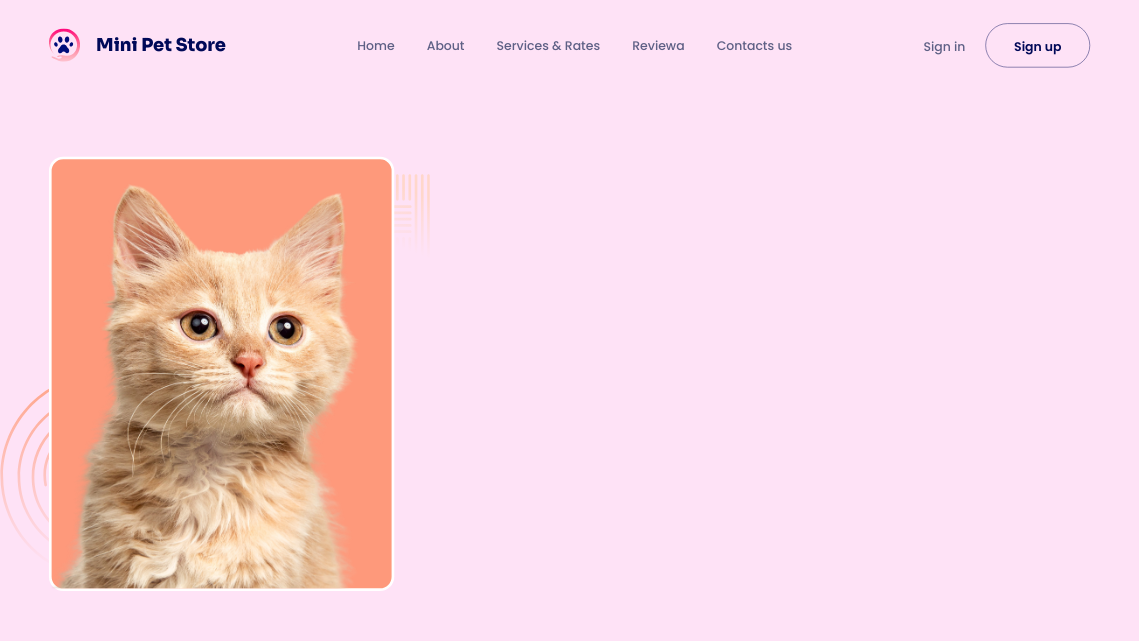
Repository: Tran-Dat/ASM-HTML5-F8-04
Page: index.html
An editor plug-in stored every save of this project. The page is shown before and after the next save, followed by the edit.
The browser window is 1280 px wide. The pictures show the whole page, at 89% of full size.

Above is the page before, as saved 2023-06-12 16:03:12.

### index.html
<!DOCTYPE html>
<html lang="en">
    <head>
        <meta charset="UTF-8" />
        <meta name="viewport" content="width=device-width, initial-scale=1.0" />
        <title>PS27621-TranTanDat-ASM</title>

        <!-- favicon -->
        <link
            rel="apple-touch-icon"
            sizes="57x57"
            href="./assets/favicon/apple-icon-57x57.png"
        />
        <link
            rel="apple-touch-icon"
            sizes="60x60"
            href="./assets/favicon/apple-icon-60x60.png"
        />
        <link
            rel="apple-touch-icon"
            sizes="72x72"
            href="./assets/favicon/apple-icon-72x72.png"
        />
        <link
            rel="apple-touch-icon"
            sizes="76x76"
            href="./assets/favicon/apple-icon-76x76.png"
        />
        <link
            rel="apple-touch-icon"
            sizes="114x114"
            href="./assets/favicon/apple-icon-114x114.png"
        />
        <link
            rel="apple-touch-icon"
            sizes="120x120"
            href="./assets/favicon/apple-icon-120x120.png"
        />
        <link
            rel="apple-touch-icon"
            sizes="144x144"
            href="./assets/favicon/apple-icon-144x144.png"
        />
        <link
            rel="apple-touch-icon"
            sizes="152x152"
            href="./assets/favicon/apple-icon-152x152.png"
        />
        <link
            rel="apple-touch-icon"
            sizes="180x180"
            href="./assets/favicon/apple-icon-180x180.png"
        />
        <link
            rel="icon"
            type="image/png"
            sizes="192x192"
            href="./assets/favicon/android-icon-192x192.png"
        />
        <link
            rel="icon"
            type="image/png"
            sizes="32x32"
            href="./assets/favicon/favicon-32x32.png"
        />
        <link
            rel="icon"
            type="image/png"
            sizes="96x96"
            href="./assets/favicon/favicon-96x96.png"
        />
        <link
            rel="icon"
            type="image/png"
            sizes="16x16"
            href="./assets/favicon/favicon-16x16.png"
        />
        <link rel="manifest" href="./assets/favicon/manifest.json" />
        <meta name="msapplication-TileColor" content="#ffffff" />
        <meta
            name="msapplication-TileImage"
            content="./assets/favicon/ms-icon-144x144.png"
        />
        <meta name="theme-color" content="#ffffff" />

        <!-- reset css -->
        <link rel="stylesheet" href="./assets/css/reset.css" />

        <!-- Font gg -->
        <link rel="preconnect" href="https://fonts.googleapis.com" />
        <link rel="preconnect" href="https://fonts.gstatic.com" crossorigin />
        <link
            href="https://fonts.googleapis.com/css2?family=Poppins:wght@300;400;500;600&family=Sora:wght@600;700;800&display=swap"
            rel="stylesheet"
        />

        <!-- styles css -->
        <link rel="stylesheet" href="./assets/css/styles.css" />
    </head>
    <body>
        <!-- Header -->
        <header class="header">
            <div class="container">
                <div class="header__inner">
                    <!-- Logo -->
                    <div class="header-logo">
                        <img src="./assets/img/logo.svg" alt="" class="logo" />
                        <h1 class="header-logo__title">
                            <a href="#!">Mini Pet Store</a>
                        </h1>
                    </div>

                    <!-- navbar -->
                    <nav class="navbar">
                        <ul class="navbar__list">
                            <li class="navbar__item">
                                <a href="#" class="navbar__link">Home</a>
                            </li>
                            <li class="navbar__item">
                                <a href="#" class="navbar__link">About</a>
                            </li>
                            <li class="navbar__item">
                                <a href="#" class="navbar__link"
                                    >Services & Rates</a
                                >
                            </li>
                            <li class="navbar__item">
                                <a href="#" class="navbar__link">Reviewa</a>
                            </li>
                            <li class="navbar__item">
                                <a href="#" class="navbar__link">Contacts us</a>
                            </li>
                        </ul>
                    </nav>

                    <!-- header action -->
                    <div class="header-action">
                        <a href="" class="header-action__link">Sign in</a>
                        <a href="" class="btn header-action__btn">Sign up</a>
                    </div>
                </div>
            </div>
        </header>

        <!-- Hero -->
        <section class="hero">
            <div class="container">
                <div class="hero__inner">
                    <!-- hero media -->
                    <div class="hero__media">
                        <div class="hero__img-wrap">
                            <img
                                src="./assets/img/pet-01.png"
                                alt=""
                                class="hero__img"
                            />

                            <!-- Decorators -->
                            <img
                                src="./assets/img/decor-01.svg"
                                alt=""
                                class="hero__decor hero__decor-left"
                            />
                            <img
                                src="./assets/img/decor-02.svg"
                                alt=""
                                class="hero__decor hero__decor-right"
                            />
                        </div>
                    </div>

                    <!-- hero content -->
                    <section class="hero__content"></section>
                </div>
            </div>
        </section>
    </body>
</html>

### assets/css/styles.css
* {
    box-sizing: border-box;
}

html {
    font-size: 62.5%;
}

body {
    font-size: 1.6rem;
    font-family: "Poppins", sans-serif;
    background: #fee2f6;
}

/* ============================ common ============================ */

a {
    text-decoration: none;
}

h1,
h2,
h3,
h4,
h5,
h6 {
    font-family: "Sora", sans-serif;
}

input,
textarea,
select,
button {
    font-size: inherit;
    font-family: inherit;
}

.container {
    width: 1170px;
    max-width: calc(100% - 48px);
    margin: 0 auto;
}

.btn {
    --height: 56px;

    display: inline-block;
    min-width: 130px;
    height: var(--height);
    line-height: var(--height);
    border: 1px solid #00095880;
    border-radius: 99px;

    font-weight: 600;
    font-size: 1.4rem;

    text-align: center;
    color: #000958;
}

.btn:hover {
    opacity: 0.9;
}

/* =============== Header =============== */

.header {
    padding: 26px 0;
}

.header__inner {
    display: flex;
    align-items: center;
    justify-content: space-between;
}

.header-logo {
    display: flex;
    align-items: center;
}

.header-logo__title a {
    padding: 8px 18px;
    font-weight: 800;
    font-size: 20px;
    color: #000958;
}

.navbar__list {
    display: flex;
}

.navbar__link,
.header-action__link {
    padding: 8px 18px;
    font-weight: 500;
    font-size: 1.4rem;
    line-height: 1;
    color: #5e6085;
}

.navbar__link:hover {
    color: #000958;
    text-shadow: 1px 0 0 currentColor;
}

.header-action__btn {
    --height: 50px;

    min-width: 118px;
}

/* =============== Hero =============== */
.hero {
    margin-top: 74px;
}

.hero__inner {
    display: flex;
    align-items: center;
    justify-content: space-between;
}

.hero__img-wrap {
    position: relative;
    display: flex;
    align-items: flex-end;
    justify-content: center;
    width: 388px;
    height: 488px;
    background: #fe997b;
    border-radius: 16px;
    border: 3px solid #fff;
}

.hero__img {
    max-width: 100%;
    max-height: 100%;
}

.hero__decor {
    z-index: -1;
    position: absolute;
}

.hero__decor-left {
    left: -58px;
    bottom: 10px;
}

.hero__decor-right {
    top: 16px;
    right: -43px;
}

Loaded but not shown: assets/css/reset.css (common file)

After the next save:
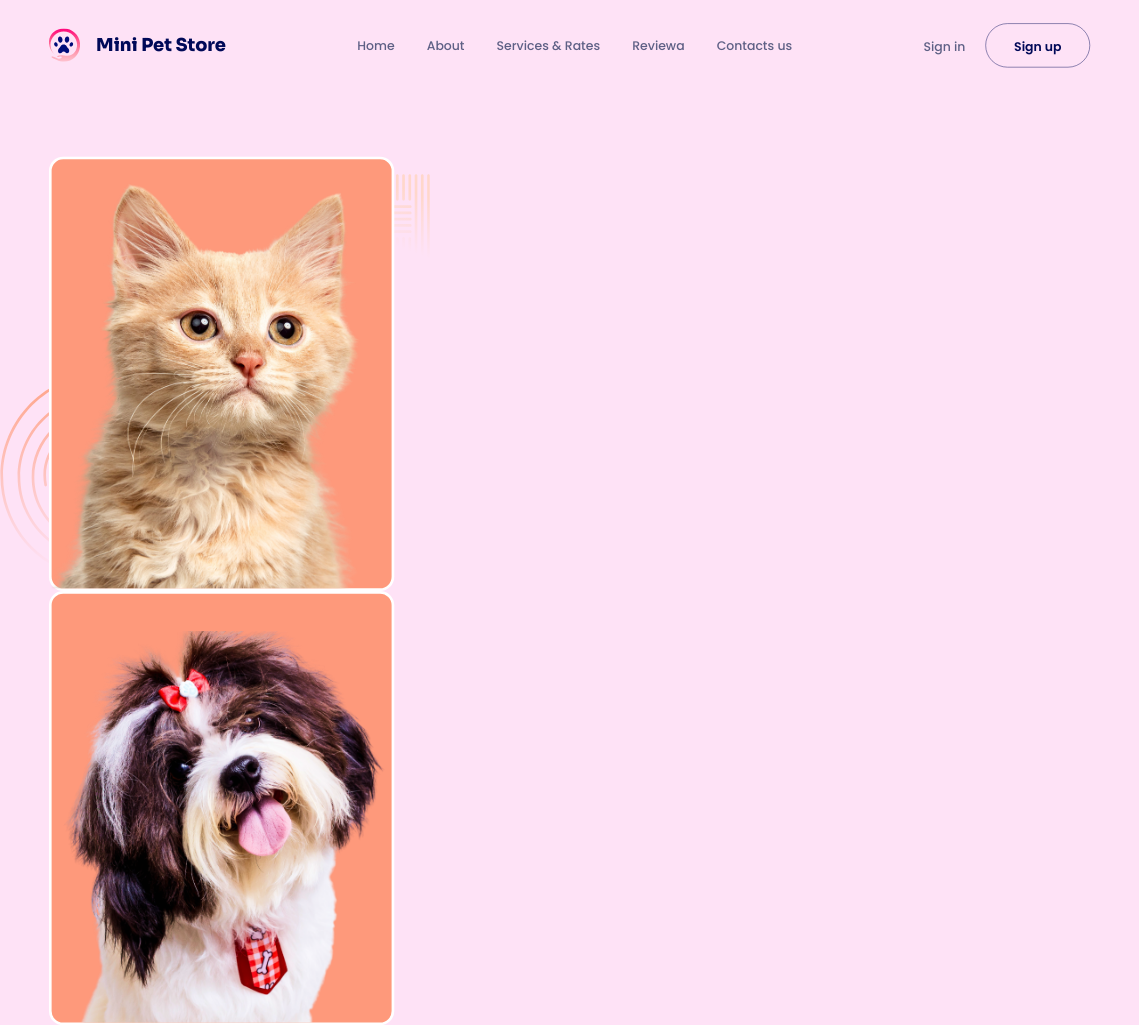
Saved 82 s later.
--- a/index.html
+++ b/index.html
@@ -148,6 +148,7 @@
                 <div class="hero__inner">
                     <!-- hero media -->
                     <div class="hero__media">
+                        <!-- pet-01 -->
                         <div class="hero__img-wrap">
                             <img
                                 src="./assets/img/pet-01.png"
@@ -167,6 +168,15 @@
                                 class="hero__decor hero__decor-right"
                             />
                         </div>
+
+                        <!-- Pet-02 -->
+                        <div class="hero__img-wrap">
+                            <img
+                                src="./assets/img/pet-02.png"
+                                alt=""
+                                class="hero__img"
+                            />
+                        </div>
                     </div>
 
                     <!-- hero content -->
